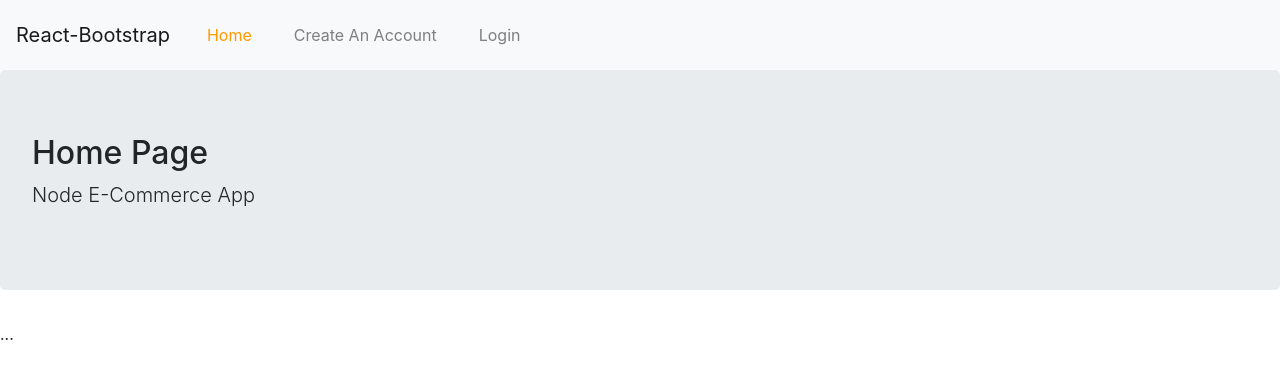
Repository: Awhit-commits/ecommerce_app_medium
Page: / (app in client/)
These files come from the project's save history. The page is drawn as it stood at one moment and after a run of saves; the edit follows.
The browser window is 1280 px wide. The pictures show the whole page.
The project was rebuilt for these pictures with package versions that can differ from the ones it lists, and the page was loaded fresh each time. Also part of the build but not shown: client/src/component/Auth/Login/LoginForm.jsx, client/src/component/Auth/Sign Up/SignUpForm.jsx, client/src/component/Dashboard/UserDashboard.jsx, client/src/component/Auth/Private Route/PrivateRoute.jsx.

Above is the page before, as saved 2020-12-01 22:26:49.

After the next 6 saves:
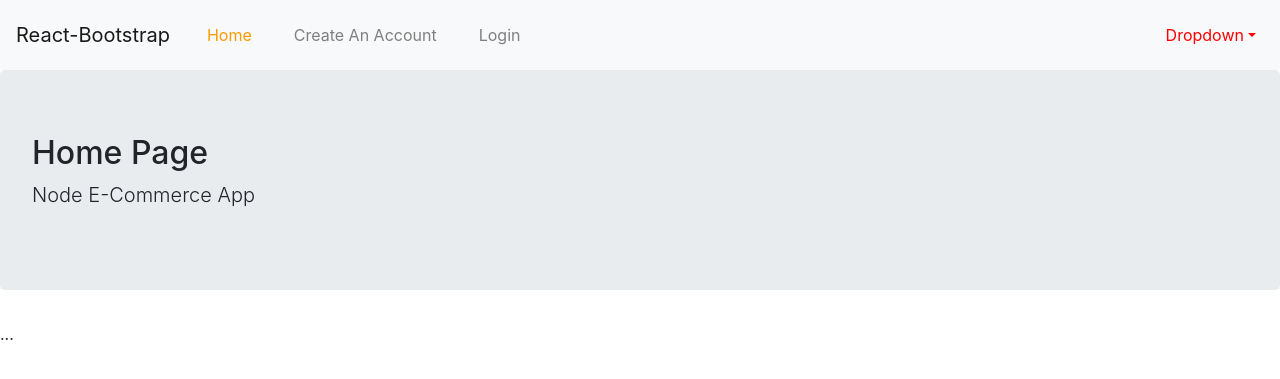
The 6 saves are shown as one change because 3 did not build or start and some came seconds apart.
The last was saved 74 s later.
--- a/client/src/component/NavBar/NavBar.jsx
+++ b/client/src/component/NavBar/NavBar.jsx
@@ -66,12 +66,8 @@ const Menu = ({ history }) => (
                 </Button>
               </Nav.Link>
             </Nav.Item>
-
           </Fragment>
-
         )}
-
-
 
         {isAuthenicated() && (
           <Fragment>
@@ -98,8 +94,10 @@ const Menu = ({ history }) => (
                 </Button>
               </Nav.Link>
             </Nav.Item>
-
-            <Nav className ="ml-auto">
+          </Fragment>
+        )}
+      </Nav>
+      <Nav className ="ml-auto">
         <NavDropdown title="Dropdown" id="basic-nav-dropdown">
           <NavDropdown.Item href="#action/3.1">Action</NavDropdown.Item>
           <NavDropdown.Item href="#action/3.2">Another action</NavDropdown.Item>
@@ -108,12 +106,6 @@ const Menu = ({ history }) => (
           <NavDropdown.Item href="#action/3.4">Separated link</NavDropdown.Item>
         </NavDropdown>
       </Nav>
-      </Fragment>
-
-        )}
-        </Nav>
-
-
     </Navbar.Collapse>
   </Navbar>
 );
